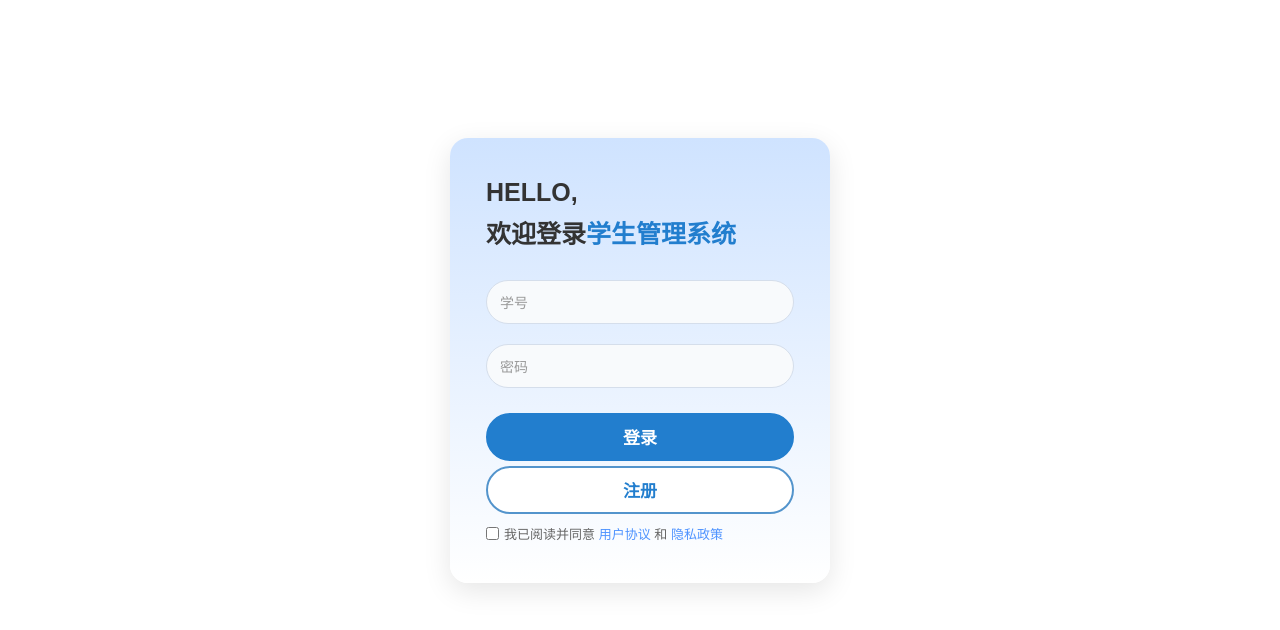
Repository: Nikawali/StudentManage
Page: src/main/webapp/login.html
The author's editor kept a copy of each file at every save. The page is drawn from the files as they stood at one save, then again after the next save.
The browser window is 1280 px wide. The pictures show the whole page.

Above is the page before, as saved 2026-06-10 17:41:58.

After the next save:
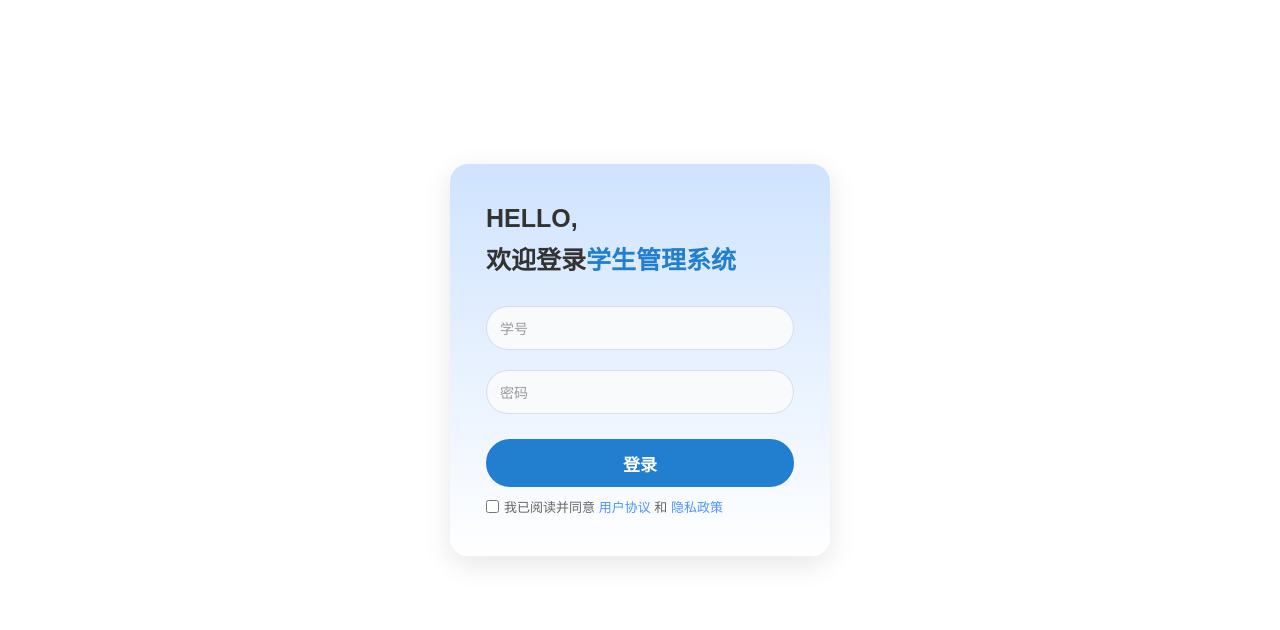
Saved 92 min 53 s later.
--- a/src/main/webapp/login.html
+++ b/src/main/webapp/login.html
@@ -23,7 +23,7 @@
         <label>密码</label>
       </div>
       <button class="btn" type="submit">登录</button>
-      <button type="button" class="btn-1" onclick="register()">注册</button>
+
 
       <div class="agree">
         <input type="checkbox" id="agree">
@@ -34,10 +34,6 @@
   </div>
 
   <script>
-    function register() {
-      window.location.href = "register.html";
-    }
-
     document.getElementById('loginForm').addEventListener('submit', async (e) => {
     e.preventDefault();
 
@@ -90,6 +86,8 @@
             window.location.href = "studentHome.html";
           } else if(data.data.role==="teacher") {
             window.location.href = "teacherHome.html";
+          }else if(data.data.role==="admin") {
+              window.location.href = "adminHome.html";
           }
         }, 500);
 
